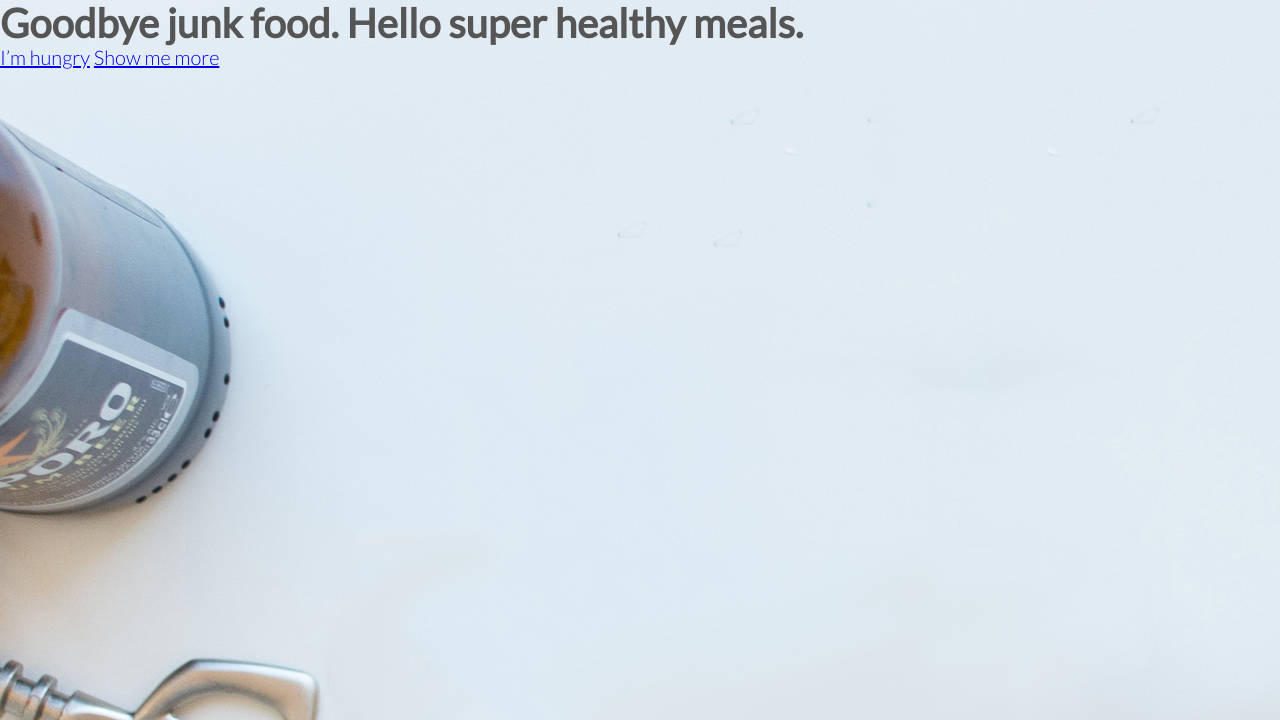
Repository: MalgorzataMazur/Omnifood
Page: index.html
These files come from the project's save history. The page is drawn as it stood at one moment and after the next save; the edit follows.
The browser window is 1280 px wide. The pictures show the whole page.

Above is the page before, as saved 2019-10-23 20:18:59.

After the next save:
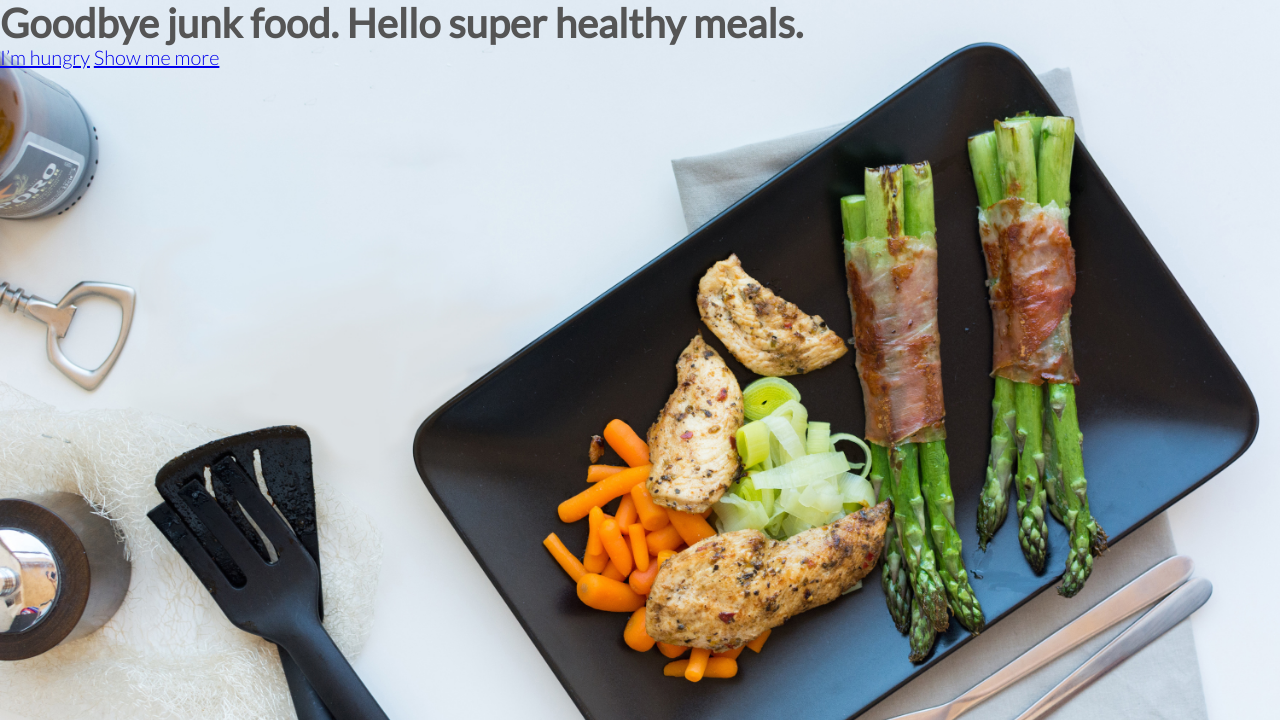
Saved 14 s later.
--- a/resources/css/style.css
+++ b/resources/css/style.css
@@ -20,7 +20,7 @@ html {
 
 header {
     background-image: url(img/hero.jpg);
-    background-size: ;
+    background-size: cover ;
     height: 100vh;
 
 }
